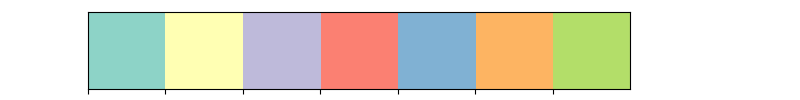
Repository: xieyying/deephalo
Script's output: python HaloAnalyzer/test.py
These files come from the project's save history. The script's output is drawn as it stood at one moment and after the next save; the edit follows.
Random numbers start from a fixed seed.

Above is the script's output before, as saved 2024-11-08 11:35:36.

### HaloAnalyzer/test.py
import seaborn as sns
import matplotlib.pyplot as plt

# 获取 Set3 调色板中的颜色
colors = sns.color_palette("Set3", 7)

# 打印颜色
for i, color in enumerate(colors):
    print(f"Color {i+1}: {color}")

# 可视化颜色
sns.palplot(colors)
plt.show()

After the next save:
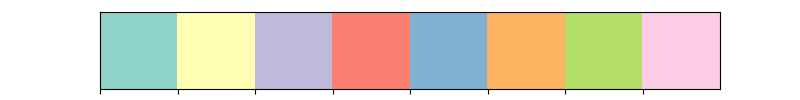
Saved 7 min 58 s later.
--- a/HaloAnalyzer/test.py
+++ b/HaloAnalyzer/test.py
@@ -2,7 +2,7 @@ import seaborn as sns
 import matplotlib.pyplot as plt
 
 # 获取 Set3 调色板中的颜色
-colors = sns.color_palette("Set3", 7)
+colors = sns.color_palette("Set3", 8)
 
 # 打印颜色
 for i, color in enumerate(colors):
